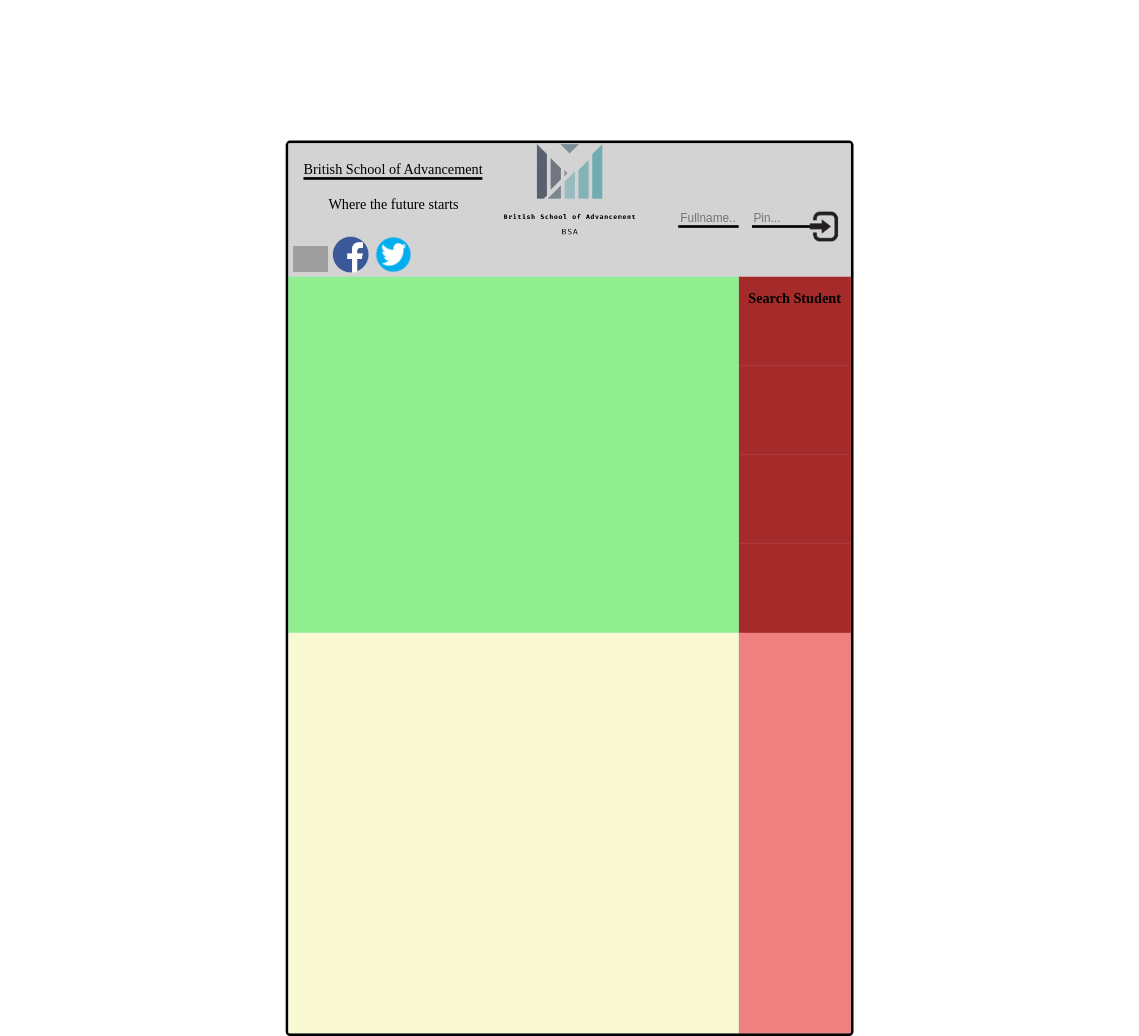
Repository: ghend99/School-app
Page: index.html
An editor plug-in stored every save of this project. The page is shown before and after the next save, followed by the edit.
The browser window is 1280 px wide. The pictures show the whole page, at 89% of full size.
Pictures or frames that could not be fetched are drawn as grey boxes.

Above is the page before, as saved 2023-03-24 13:41:36.

After the next save:
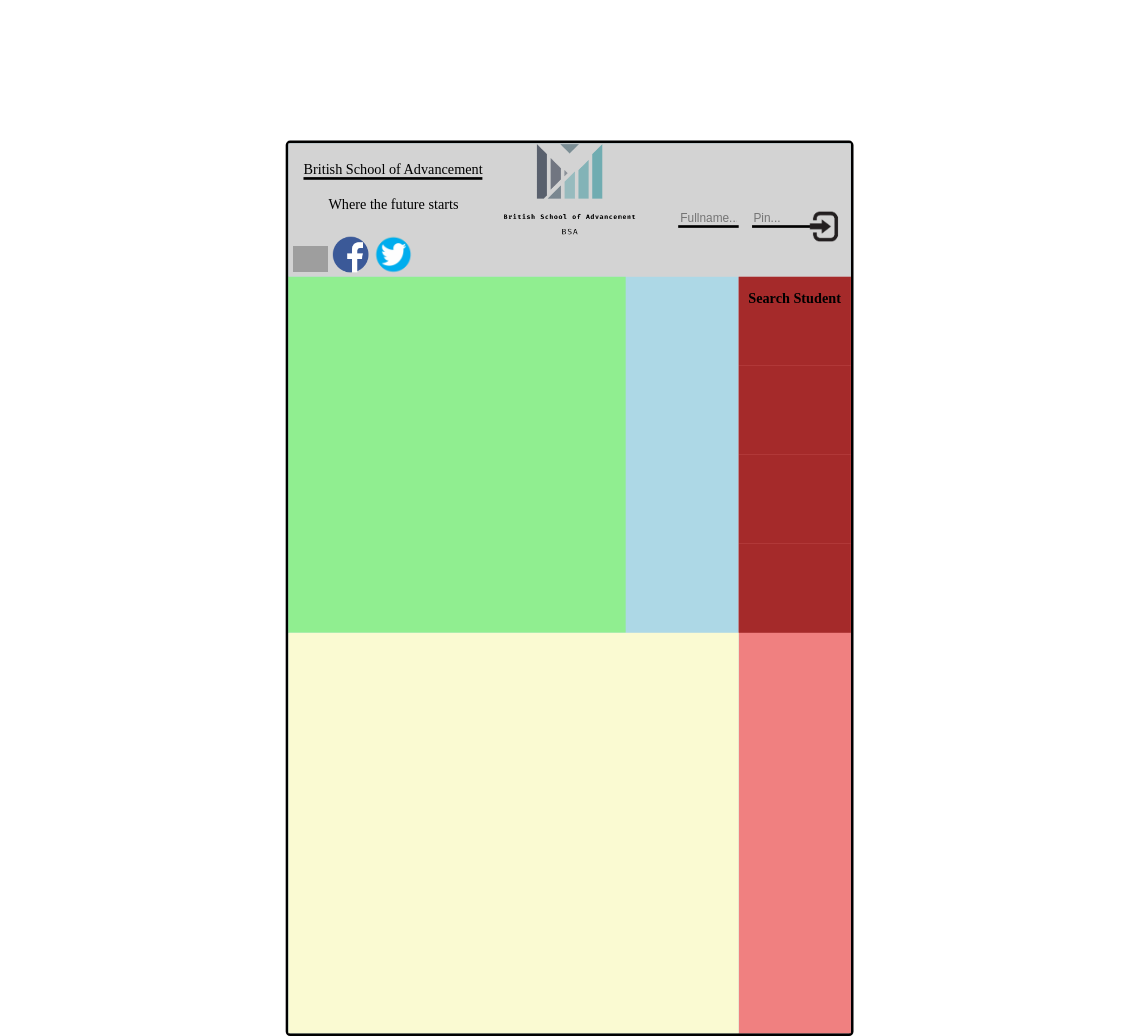
Saved 93 s later.
--- a/style.css
+++ b/style.css
@@ -122,7 +122,7 @@
 
 #student-information-container {
   position: relative;
-  max-width: 80%;
+  max-width: 60%;
   min-width: 50%;
   height: 40%;
   top: 0;
